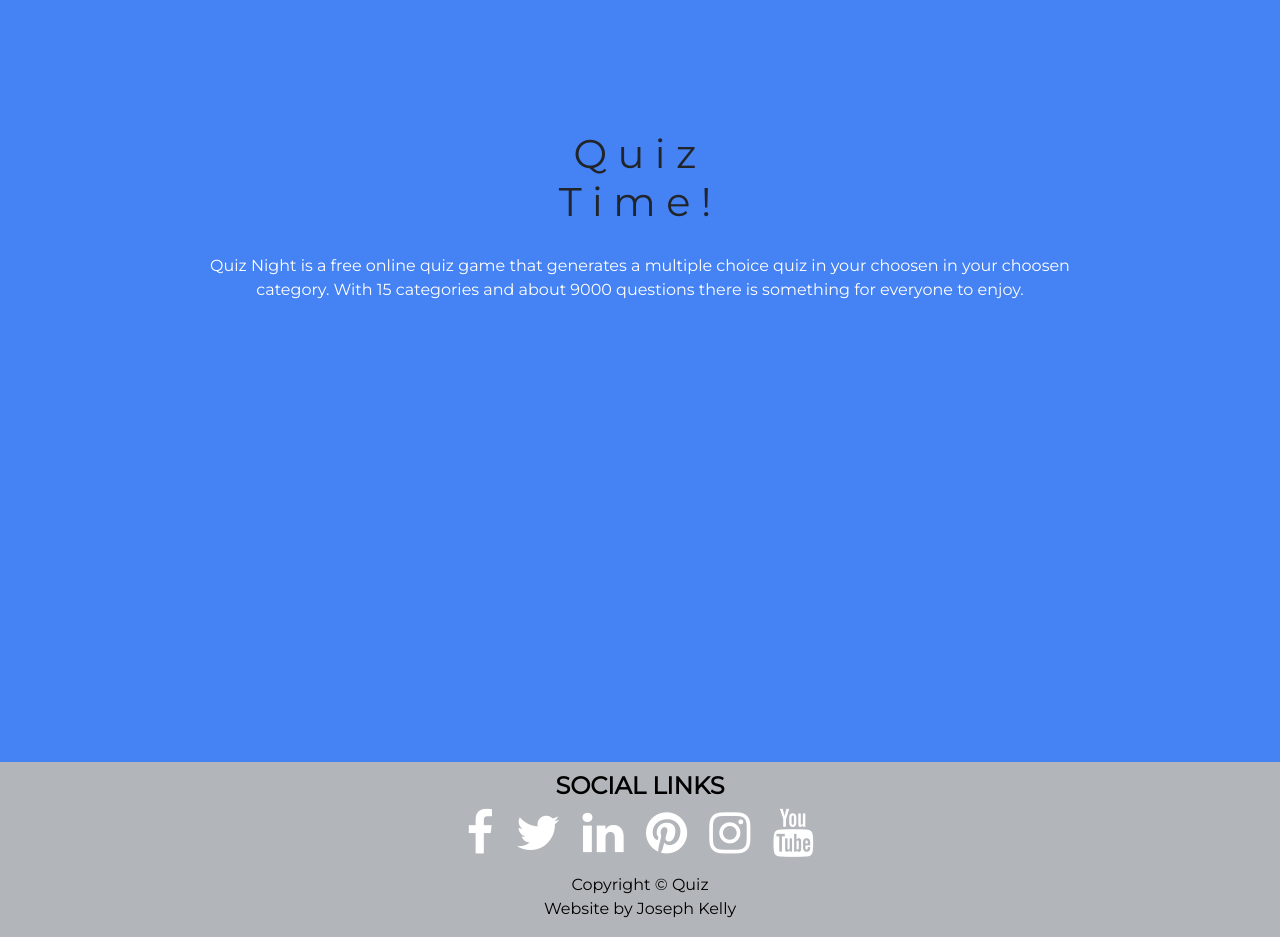
Repository: Code-Institute-Submissions/quiz-1
Page: index.html
The author's editor kept a record of every edit. The page is drawn from the files as they stood at one moment, then again after the next edit.
The browser window is 1280 px wide. The pictures show the whole page.

Above is the page before.

After the next edit:
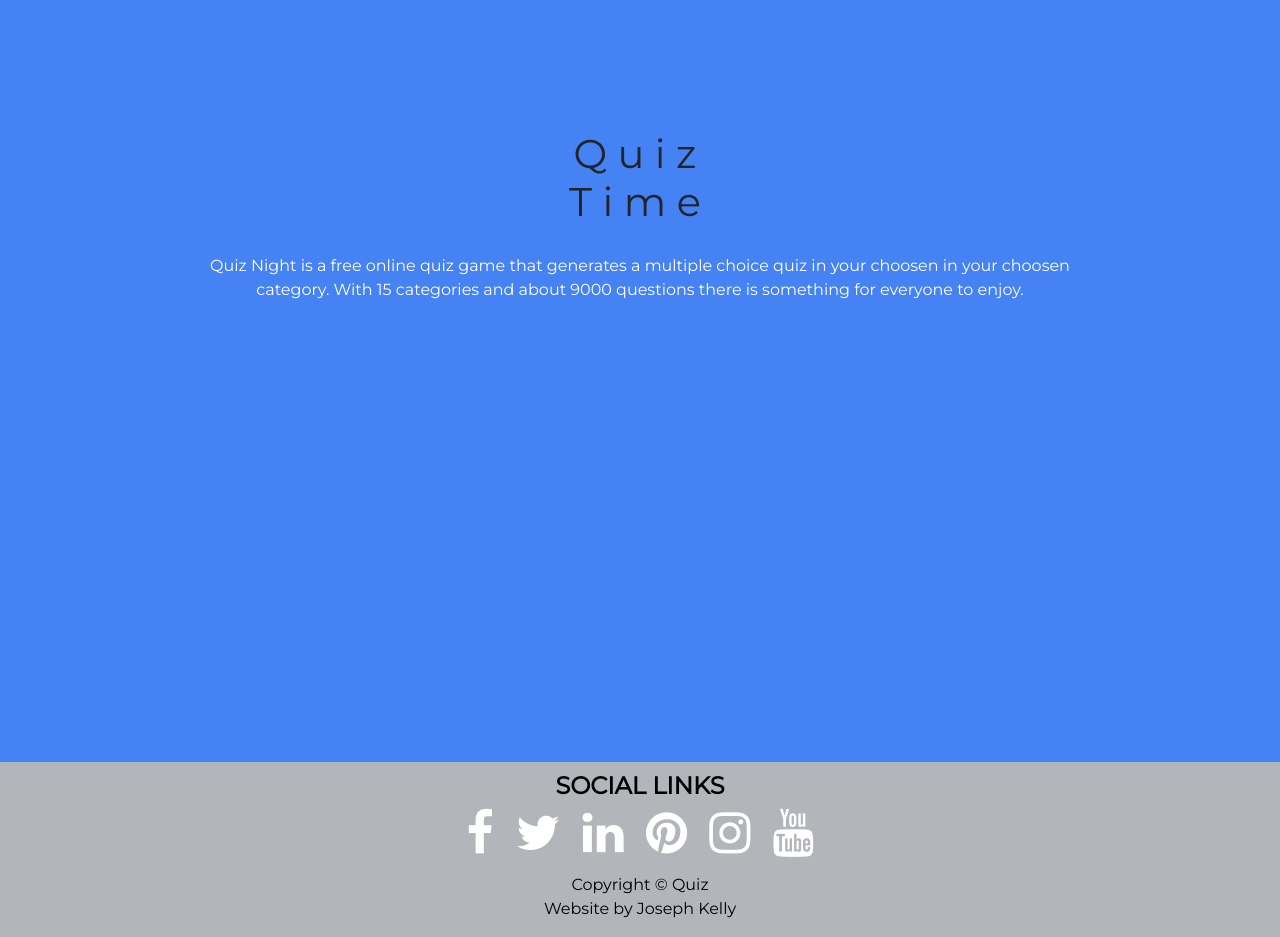
The edit:
--- a/index.html
+++ b/index.html
@@ -26,7 +26,6 @@
                     <span>i</span>
                     <span>m</span>
                     <span>e</span>
-                    <span>!</span>
                 </h1>
             </div>
         </div>
